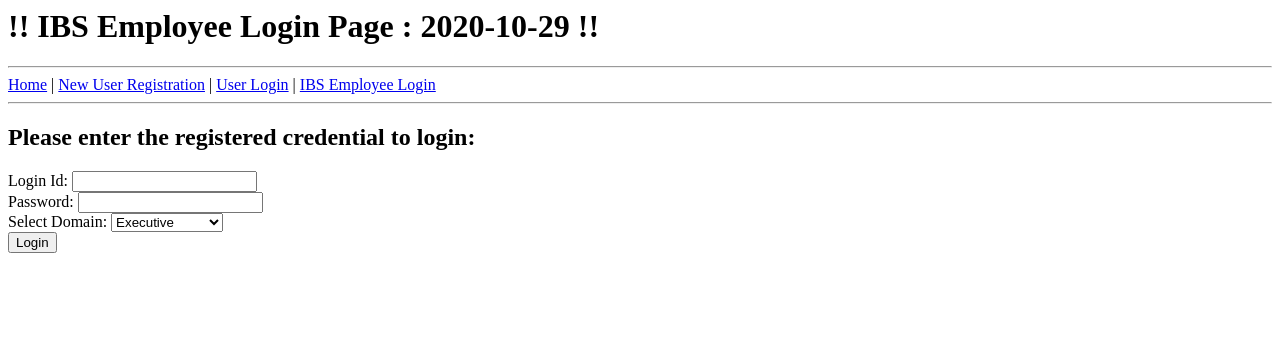
Repository: anik84/ibs
Page: http://localhost/IBS/ibs_employee_login.jsp
An editor plug-in stored every save of this project. The page is shown before and after the next save, followed by the edit.
The browser window is 1280 px wide. The pictures show the whole page.
The page is served by Tomcat 9.

Above is the page before, as saved 2020-10-29 08:41:31.

After the next save:
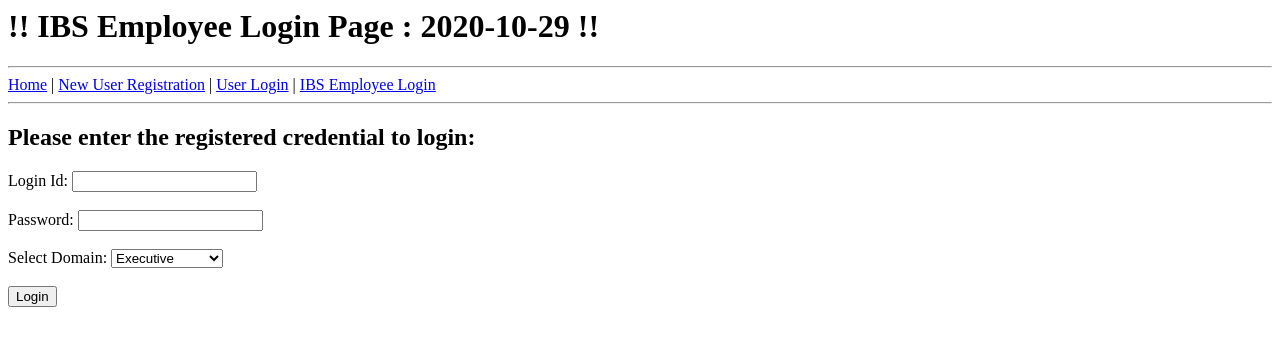
Saved 39 s later.
--- a/IBS_JSPs/IBS/WebContent/ibs_employee_login.jsp
+++ b/IBS_JSPs/IBS/WebContent/ibs_employee_login.jsp
@@ -16,17 +16,17 @@
 		<div>
 			<label>Login Id: </label> <input type="text" name="loginId"
 				required />
-		</div>
+		</div><br />
 		<div>
 			<label>Password:</label> <input type="text" name="empPassword" required />
-		</div>
+		</div><br />
 		<div>Select Domain:
 			<select name="empCategory">
 				<option value="empCategory_1">Executive</option>
 				<option value="empCategory_2">Representative</option>
 
 			</select>
-		</div>
+		</div><br />
 		<div>
 			<button>Login</button>
 		</div>
